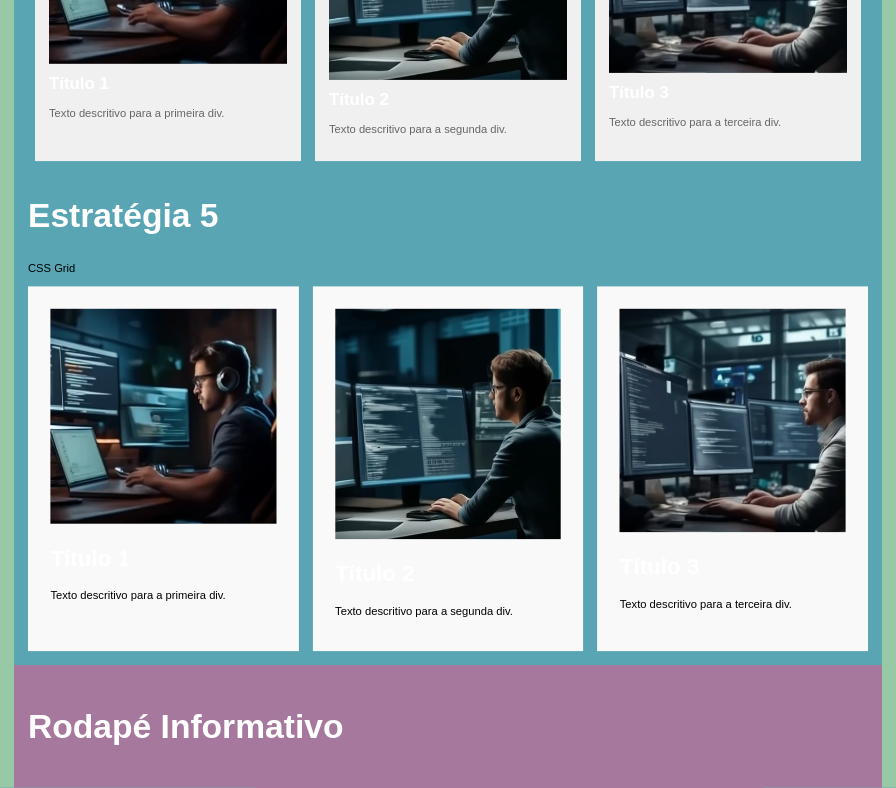
Repository: douglasabnovato/model-lp
Page: index.html
An editor plug-in stored every save of this project. The page is shown before and after the next save, followed by the edit.
The browser window is 1280 px wide. The pictures show the part of the page from y = 3613 to 5533 px (the page is 4738 px tall before and 6530 px after), at 70% of full size.

Above is the page before, as saved 2025-02-25 13:40:19.

### index.html
<!DOCTYPE html>
<html lang="pt-br">
  <head>
    <meta charset="UTF-8" />
    <meta name="viewport" content="width=device-width, initial-scale=1.0" />
    <title>Devs Épicos</title>
    <link rel="stylesheet" type="text/css" href="./style.css" />
  </head>
  <body>
    <header>
      <h2>Meu Site Incrível</h2>
    </header>
    <main>
      <img class="banner" src="./assets/cafe-escritor-1500.jpg" alt="Banner" />
      <h2>Estratégia 1</h2>
      <p>Mobile-First com Media Queries</p>
      <p>Elementos: header main footer</p>

      <h2>Estratégia 2</h2>
      <p>Flexbox para Layouts Flexíveis</p>
      <p>Estratégia 2</p>
      <div class="flex-container">
        <div class="flex-item">Mobile-First com Media Queries</div>
        <div class="flex-item">Flexbox para Layouts Flexíveis</div>
        <div class="flex-item">CSS Grid para Layouts Complexos</div>
      </div>

      <h2>Estratégia 3</h2>
      <p>CSS Grid para Layouts Complexos</p>
      <p>Estratégia 3</p>
      <div class="grid-container">
        <div class="grid-item">Cabeçalho</div>
        <div class="grid-item">Menu</div>
        <div class="grid-item">Conteúdo</div>
        <div class="grid-item">Rodapé</div>
      </div>

      <h2>Imagem Responsiva</h2>
      <div class="imgResponsive">
        <img src="./assets/astronauta-418.jpg" alt="Astronauta" />
      </div>

      <h2>Estratégia 4</h2>
      <p>Flexbox</p>
      <div class="container-flex-mae-1">
        <div class="filha-1">
          <img src="./assets/developer-1.png" alt="Descrição 1" />
          <h2>Título 1</h2>
          <p>Texto descritivo para a primeira div.</p>
        </div>
        <div class="filha-1">
          <img src="./assets/developer-2.png" alt="Descrição 2" />
          <h2>Título 2</h2>
          <p>Texto descritivo para a segunda div.</p>
        </div>
        <div class="filha-1">
          <img src="./assets/developer-3.png" alt="Descrição 3" />
          <h2>Título 3</h2>
          <p>Texto descritivo para a terceira div.</p>
        </div>
      </div>

      <h2>Estratégia 5</h2>
      <p>CSS Grid</p>
      <div class="container-flex-mae-2">
        <div class="filha-2">
          <img src="./assets/developer-1.png" alt="Descrição 1" />
          <h2>Título 1</h2>
          <p>Texto descritivo para a primeira div.</p>
        </div>
        <div class="filha-2">
          <img src="./assets/developer-2.png" alt="Descrição 2" />
          <h2>Título 2</h2>
          <p>Texto descritivo para a segunda div.</p>
        </div>
        <div class="filha-2">
          <img src="./assets/developer-3.png" alt="Descrição 3" />
          <h2>Título 3</h2>
          <p>Texto descritivo para a terceira div.</p>
        </div>
      </div>
    </main>
    <footer>
      <h2>Rodapé Informativo</h2>
    </footer>
  </body>
</html>

### style.css
/* Estilos base para mobile */
body {
  font-family: Arial, sans-serif;
  margin: 0;
  background-color: #65691c77;
}

h2 {
  color: white;
  font-size: clamp(2rem, 5vw, 3rem);
}

header,
main,
footer {
  padding: 20px;
}

header {
  background-color: #5b0a8777;
}

main {
  background-color: #157bc077;
}

.banner {
  width: 100%;
  height: auto;
}

.flex-container {
  display: flex;
  flex-wrap: wrap;
  gap: 20px;
}

.flex-item {
  background-color: #ccc;
  padding: 20px;
  flex: 1 1 200px;
  box-sizing: border-box;
}

.grid-container {
  display: grid;
  grid-template-areas:
    "header header"
    "menu content"
    "footer footer";
  grid-gap: 10px;
}

.grid-item {
  background-color: #ccc;
  padding: 20px;
}

.grid-item:nth-child(1) {
  grid-area: header;
}

.grid-item:nth-child(2) {
  grid-area: menu;
}

.grid-item:nth-child(3) {
  grid-area: content;
}

.grid-item:nth-child(4) {
  grid-area: footer;
}

.imgResponsive {
  margin: 0;
  padding: 0;
}

img {
  width: 100%;
  height: auto;
}

footer {
  background-color: #b81b9377;
}

/* Media Query para telas maiores */
@media (min-width: 768px) {
  body {
    background-color: #238d4377;
  }

  header,
  main,
  footer {
    max-width: 1200px;
    margin: 0 auto;
  }
}

.container-flex-mae-1 {
  display: flex;
  flex-wrap: wrap; /* Permite que as divs filhas "quebrem" para a próxima linha em telas menores */
  justify-content: space-between; /* Espaça as divs uniformemente */
}

.filha-1 {
  flex: 1 1 30%; /* Cresce, encolhe e ocupa inicialmente 30% do espaço */
  box-sizing: border-box; /* Inclui padding e border no total da largura e altura */
  margin: 10px;
  padding: 20px;
  background-color: #f0f0f0;
}

.filha-1 img {
  width: 100%;
  height: auto;
}

.filha-1 h2 {
  font-size: 1.5em;
  margin-top: 10px;
}

.filha-1 p {
  font-size: 1em;
  color: #666;
}

@media (max-width: 768px) {
  .filha-1 {
    flex-basis: 100%; /* Em telas menores, cada div filha ocupa 100% da largura */
  }
}

.container-flex-mae-2 {
  display: grid;
  grid-template-columns: repeat(auto-fit, minmax(250px, 1fr));
  grid-gap: 20px;
}

.filha-2 {
  background-color: #f9f9f9;
  padding: 2rem;
  box-sizing: border-box;
}

.filha-2 h2 {
  font-size: clamp(1.2rem, 2.5vw, 2rem);
  transition: transform 0.3s;
}

.filha-2:hover {
  transform: scale(1.05);
}

After the next save:
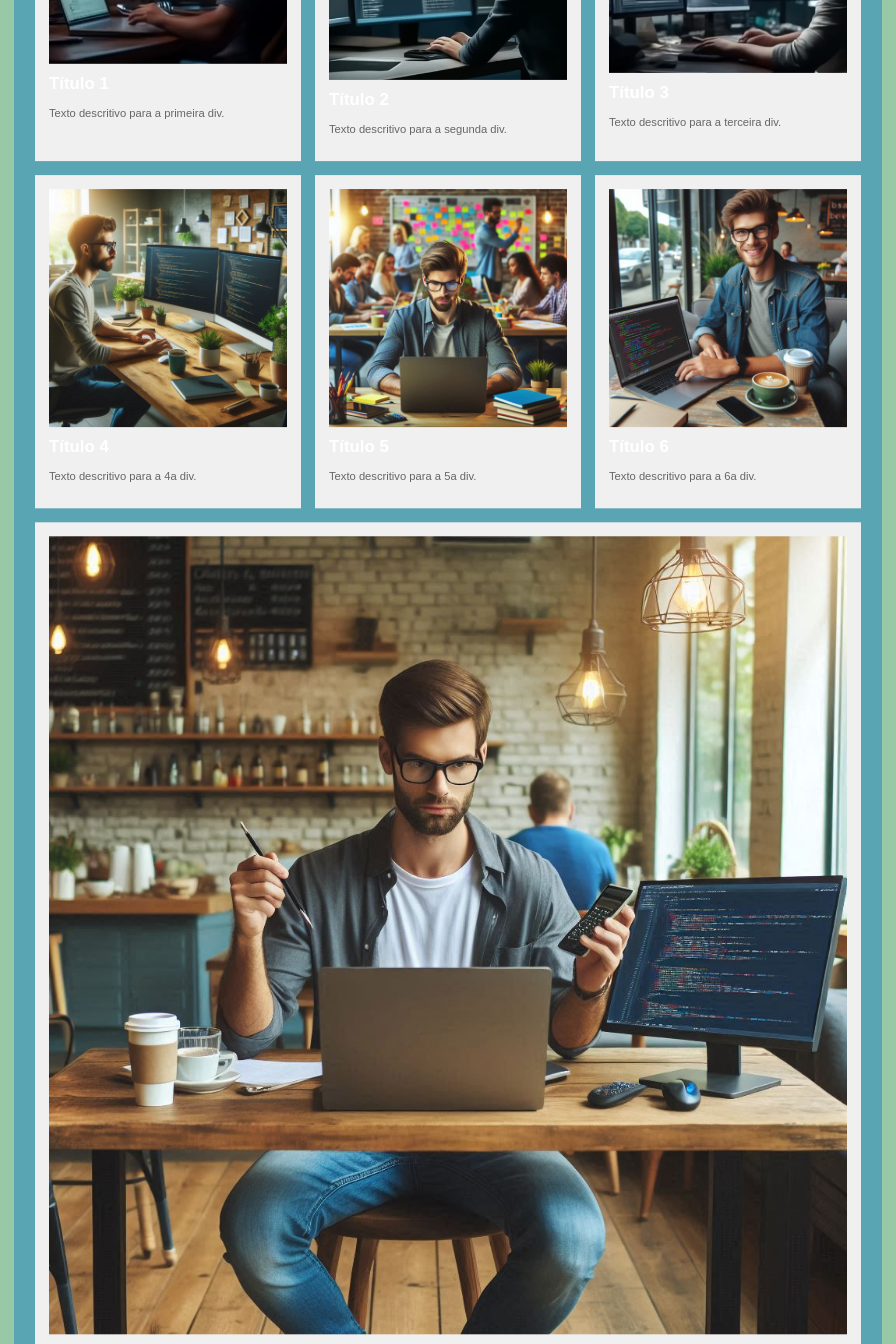
Saved 3 h 32 min later.
--- a/index.html
+++ b/index.html
@@ -58,6 +58,28 @@
           <h2>Título 3</h2>
           <p>Texto descritivo para a terceira div.</p>
         </div>
+
+
+        <div class="filha-1">
+            <img src="./assets/dev-1.png" alt="Descrição 4" />
+            <h2>Título 4</h2>
+            <p>Texto descritivo para a 4a div.</p>
+          </div>
+          <div class="filha-1">
+            <img src="./assets/dev-2.png" alt="Descrição 5" />
+            <h2>Título 5</h2>
+            <p>Texto descritivo para a 5a div.</p>
+          </div>
+          <div class="filha-1">
+            <img src="./assets/dev-3.png" alt="Descrição 6" />
+            <h2>Título 6</h2>
+            <p>Texto descritivo para a 6a div.</p>
+          </div>
+          <div class="filha-1">
+            <img src="./assets/dev-4.png" alt="Descrição 7" />
+            <h2>Título 7</h2>
+            <p>Texto descritivo para a 7a div.</p>
+          </div>
       </div>
 
       <h2>Estratégia 5</h2>
